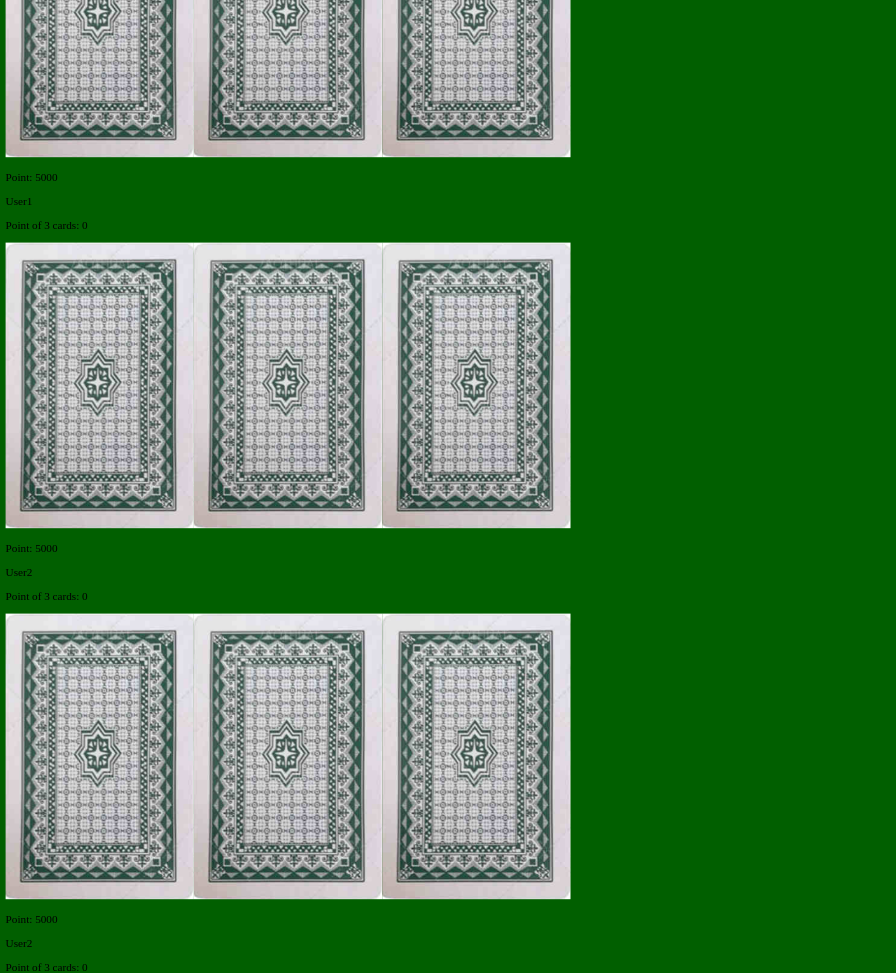
Repository: tiendungjr123/app-baicao
Page: /
The author's editor kept a copy of each file at every save. The page is drawn from the files as they stood at one save, then again after the next save.
The browser window is 1280 px wide. The pictures show the part of the page from y = 912 to 2832 px (the page is 2302 px tall before and 2832 px after), at 70% of full size.
The page's requests for data from a server got no answer. The project was rebuilt for these pictures with package versions that can differ from the ones it lists, and the page was loaded fresh each time. No one was signed in, and anything a server would have sent is missing. Also part of the build but not shown: src/index.css, src/Components/card.jsx, src/Components/cardList.jsx, src/Components/table.jsx.

Above is the page before, as saved 2022-10-11 19:59:06.

After the next save:
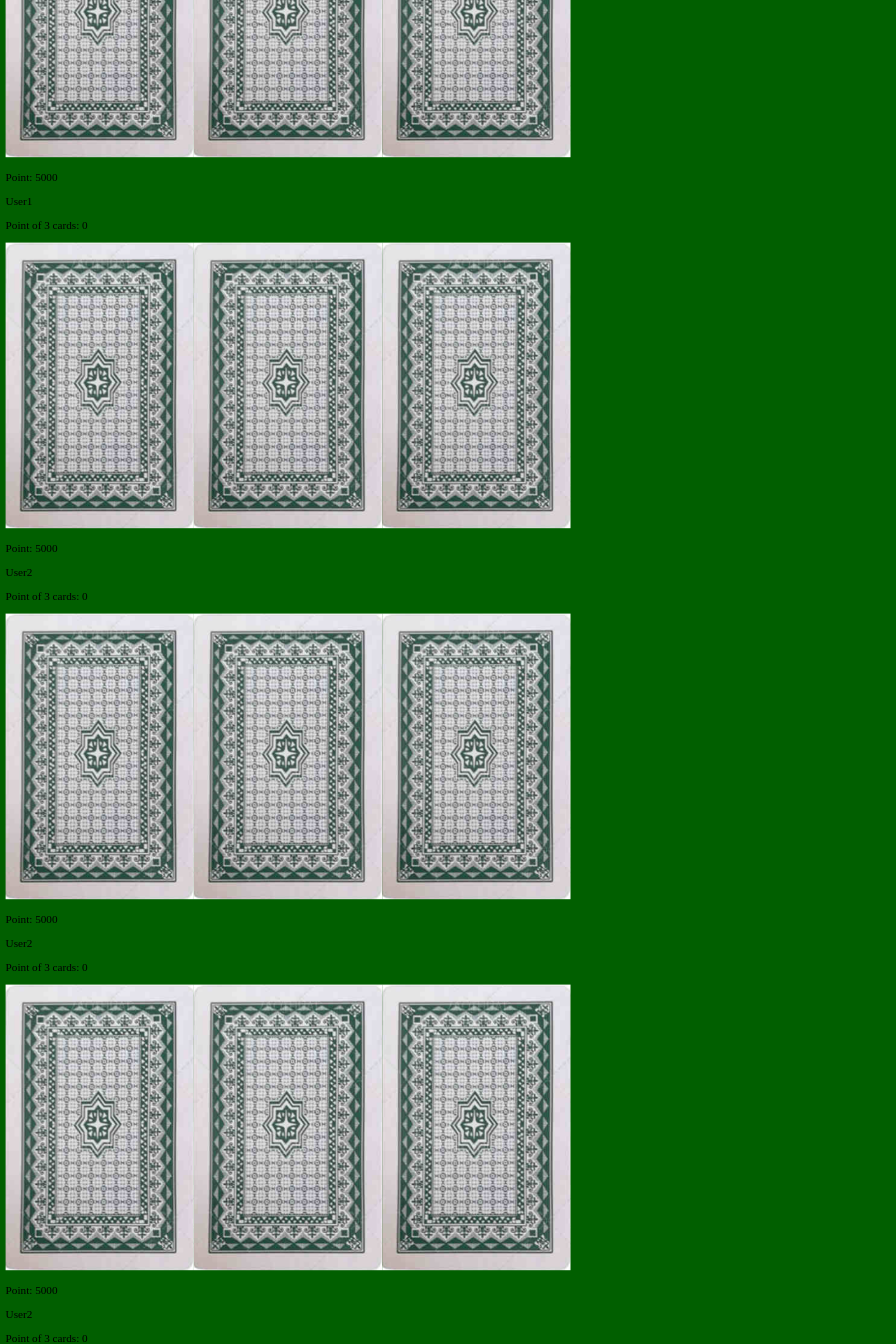
Saved 107 s later.
--- a/src/App.js
+++ b/src/App.js
@@ -193,6 +193,27 @@ function App() {
                   {checkCard ? (<p className='point'>Point of 3 cards: {pointCard2}</p>) : (<p className='point'>Point of 3 cards: 0</p>)}
                </div>
          </div>
+         <div className="card-bottom">
+               <div className='card'>
+                  {checkCard ? (
+                     <div className='card-img'>
+                        {user2.map((card) =>(
+                           <>
+                              <img  src={card.image} alt="img" />
+                           </>
+                        ))}
+                     </div>) : (
+                     <div className='card-img'>
+                        <img src={baiup} alt="6h" />
+                        <img src={baiup} alt="7c" />
+                        <img src={baiup} alt="qh" />
+                     </div>)
+                  }
+                  <p className='point'>Point: {point2}</p>
+                  <p className='user'>User2</p>
+                  {checkCard ? (<p className='point'>Point of 3 cards: {pointCard2}</p>) : (<p className='point'>Point of 3 cards: 0</p>)}
+               </div>
+         </div>
       </div>
    );
 }
